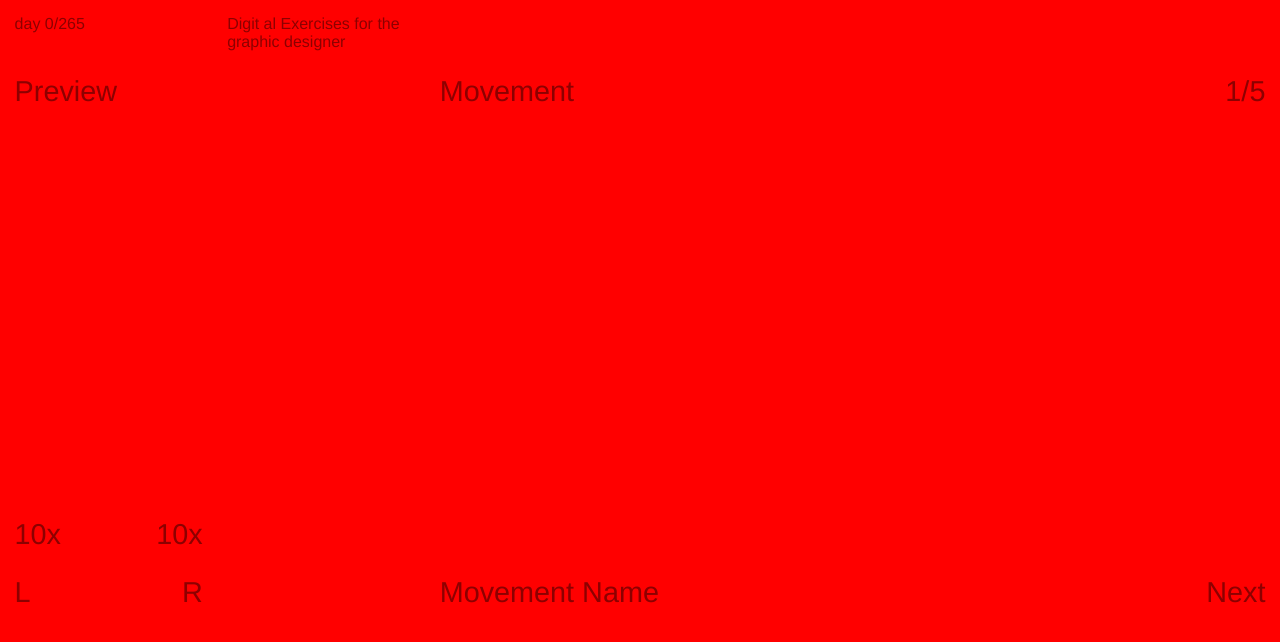
Repository: NoIdeasStudio/holiday-card-2024
Page: digit-al-exercises.html
The author's editor kept a copy of each file at every save. The page is drawn from the files as they stood at one save, then again after the next save.
The browser window is 1280 px wide. The pictures show the whole page.

Above is the page before, as saved 2024-12-04 13:22:32.

### digit-al-exercises.html
<!DOCTYPE html>
<html lang="en">
<head>
    <meta charset="UTF-8">
    <meta name="viewport" content="width=device-width, initial-scale=1.0">
    <title>digit-al exercises</title>
    <link rel="stylesheet" href="style.css">
</head>
<body>

    <div class="wrapper">
        <header class="small-text header-1">day 0/265</header>
        <header class="small-text header-2">Digit al Exercises for the graphic designer</header>

        <content class="large-text content-header-1">Preview</content>
        <content class="large-text content-header-2">Movement</content>
        <content class="large-text content-header-3"><a href="http://"></a>1/5</content>

        <footer class="large-text content-footer-1">10x 10x</footer>
        <footer class="large-text content-footer-2">L R</footer>
        <footer class="large-text content-footer-3">Movement Name</footer>
        <footer class="large-text content-footer-4"><a href="http://">Next</a></footer>

      </div>

</body>
</html>

### style.css
* {
    box-sizing: border-box;
    background-color: #FF0000;
    color: #8D0000;
    margin: 0%;
    padding: 0%;
  }

  .wrapper {
    height: 100vh;
    width: 100vw;
    position: fixed;
    margin: 0 auto;
    display: grid;
    grid-template-columns: repeat(6, [col-start] 4fr);
    grid-template-rows: repeat(14, [row-start] 4fr);
    gap: .9rem;
    padding: .6rem;

  }

  .wrapper > * {
    padding: 5px;
  }

  .large-text{
    font: 1.8em Helvetica, arial, sans-serif;
  }
  .small-text{
    font: 1em Helvetica, arial, sans-serif;
  }
  a{
    text-decoration: none;
  }
  a:hover{
    text-decoration: underline dashed ;
    text-underline-offset: .15em;
  }
  .header-1{
    grid-column: col-start 1 / span 1;
    grid-row: 1 / 1;
  }
  .header-2{
    grid-column: col-start 2 / span 1;
    grid-row: 1 / 1;
  }
  .content-header-1{
    grid-column: col-start 1 / span 1;
    grid-row: 2 ;
  }
  .content-header-2{
    grid-column: col-start 3 / span 2;
    grid-row: 2 ;
  }
  .content-header-3{
    grid-column: col-start 5 / span 2;
    grid-row: 2 ;
    text-align: right;
  }

  .content-footer-1{
    grid-column: col-start 1 / span 1;
    grid-row: 11 ;
    text-align-last: justify;
    vertical-align: bottom;
  }
  .content-footer-2{
    grid-column: col-start 1 / span 1;
    grid-row: 12 ;
    text-align-last: justify;
    vertical-align: bottom;
  }
  .content-footer-3{
    grid-column: col-start 3 / span 2;
    grid-row: 12 ;
  }
  .content-footer-4{
    grid-column: col-start 5 / span 2;
    grid-row: 12 ;
    text-align: right;
  }



  @media (max-width: 1024px) {
    .wrapper {
        height: 100vh;
        width: 100vw;
        position: fixed;
        margin: 0 auto;
        display: grid;
        grid-template-columns: repeat(6, [col-start] 4fr);
        grid-template-rows: repeat(12, [row-start] 4fr);
        gap: .7rem;
        padding: .4rem;
  }

  .header-2{
    grid-column: col-start 2 / span 2;
    grid-row: 1 / 1;
  }
}
  @media (min-width: 2000px) {
    .wrapper {
        height: 100vh;
        width: 100vw;
        position: fixed;
        margin: 0 auto;
        display: grid;
        grid-template-columns: repeat(6, [col-start] 4fr);
        grid-template-rows: repeat(12, [row-start] 4fr);
        gap: 20px;
        padding: .6em;
    }

        .large-text{
            font: 3em Helvetica, arial, sans-serif;
          }
        .small-text{
            font: 1.7em Helvetica, arial, sans-serif;
          }


}

  /* @media (min-width: 700px) {
    .wrapper {
      grid-template-columns: 1fr 4fr 1fr;
      grid-template-areas:
        "header header  header"
        "nav    content sidebar"
        "nav    content ad"
        "footer footer  footer";
    }
    nav ul {
      flex-direction: column;
    }
  } */

After the next save:
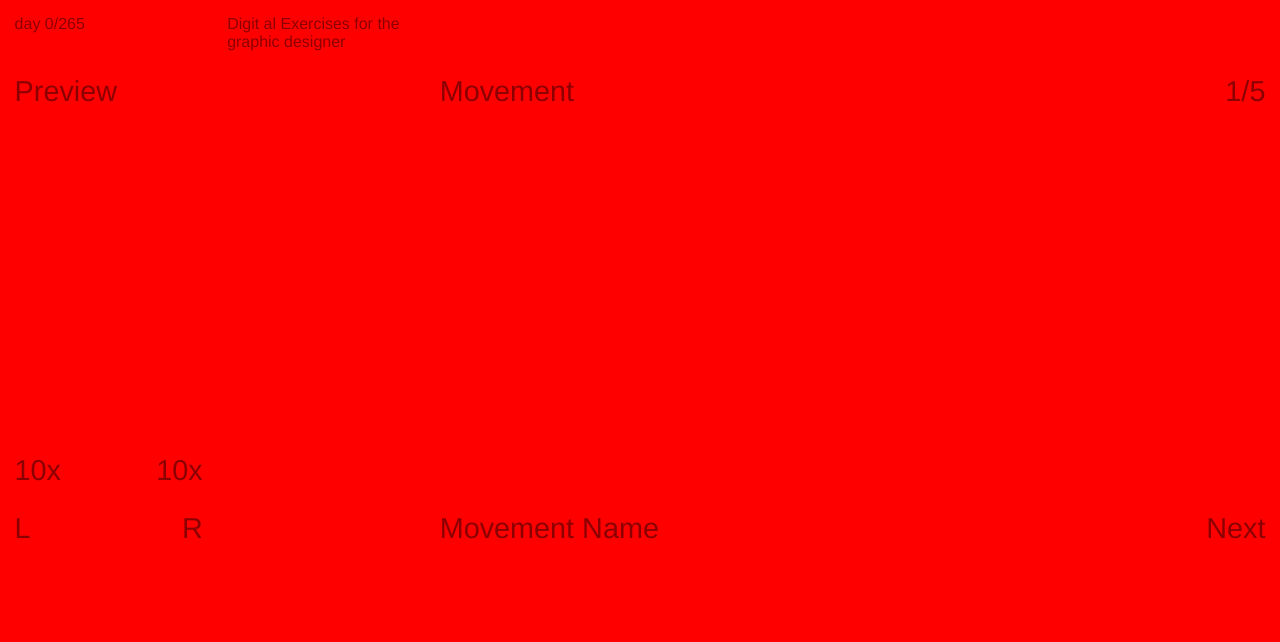
Saved 9 s later.
--- a/style.css
+++ b/style.css
@@ -13,7 +13,7 @@
     margin: 0 auto;
     display: grid;
     grid-template-columns: repeat(6, [col-start] 4fr);
-    grid-template-rows: repeat(14, [row-start] 4fr);
+    grid-template-rows: repeat(16, [row-start] 4fr);
     gap: .9rem;
     padding: .6rem;
 
